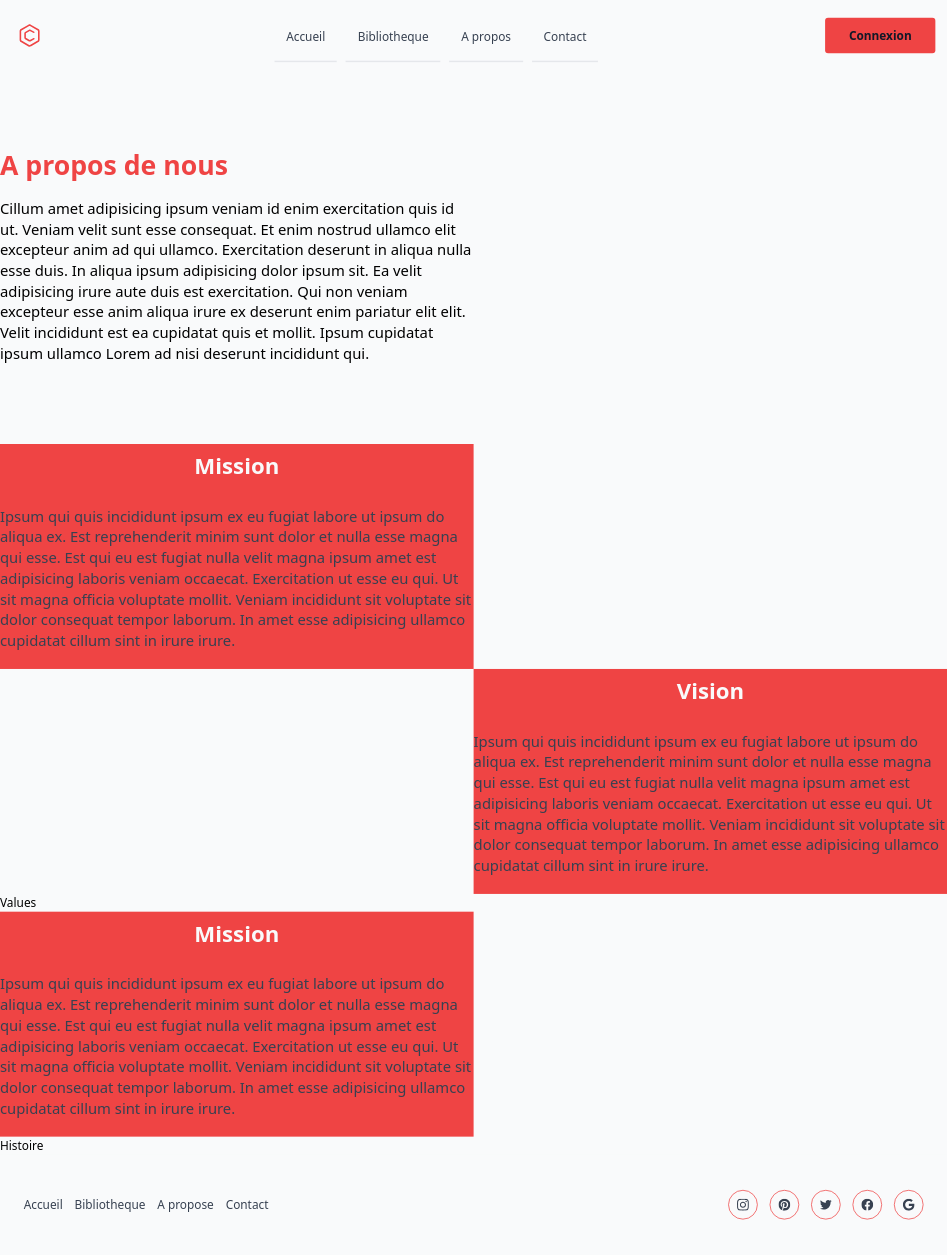
Repository: erulabs243/museum
Page: /about
An editor plug-in stored every save of this project. The page is shown before and after the next save, followed by the edit.
The browser window is 1280 px wide. The pictures show the whole page, at 74% of full size.
The project was rebuilt for these pictures with package versions that can differ from the ones it lists, and the page was loaded fresh each time. Also part of the build but not shown: vite.config.js, src/pages/admin/Home.jsx, src/pages/commons/NotFound.jsx, src/components/atoms/TagBadge.jsx, src/components/atoms/MyAudioPlayer.jsx, src/components/atoms/MyVideoPlayer.jsx, src/components/atoms/MediaCard.jsx, src/components/sections/Testimonial.jsx and 16 more.

Above is the page before, as saved 2022-08-10 14:15:57.

### index.html
<!DOCTYPE html>
<html lang="en">
  <head>
    <meta charset="UTF-8" />
    <link rel="icon" type="image/svg+xml" href="/vite.svg" />
    <link rel="stylesheet" href="src/theme/App.css">
    <meta name="viewport" content="width=device-width, initial-scale=1.0" />
    <title>Museum...</title>
  </head>
  <body class="bg-gray-50">
    <div id="root"></div>
    <script type="module" src="/src/main.jsx"></script>
  </body>
</html>

### src/App.jsx
'use strict';

import {BrowserRouter, Route, Routes} from 'react-router-dom';
import { AdminRoutes, CommonsRoutes, UserRoutes, AuthRoutes } from './routes';

const App = () => {
  return (
      <BrowserRouter>
        <Routes>
          {AuthRoutes.map(route => <Route path={route.path} key={route.path} element={route.element} />)}
          {UserRoutes.map(route => <Route path={route.path} key={route.path} element={route.element} />)}
          {AdminRoutes.map(route => <Route path={route.path} key={route.path} element={route.element} />)}
          {CommonsRoutes.map(route => <Route path={route.path} key={route.path} element={route.element} />)}
        </Routes>
      </BrowserRouter>
  );
};

export default App

### src/routes/index.jsx
'use strict';

import AdminRoutes from "./AdminRoutes";
import CommonsRoutes from "./CommonsRoutes";
import UserRoutes from "./UserRoutes";
import AuthRoutes from "./AuthRoutes";

export {UserRoutes, AdminRoutes, CommonsRoutes, AuthRoutes};

### src/routes/AdminRoutes.jsx
'use strict';

import { Home } from "../pages/admin";

const AdminRoutes = [
    {
        path: '/admin',
        element: <Home />
    }
];

export default AdminRoutes;

### src/routes/CommonsRoutes.jsx
'use strict';

import {NotFound} from '../pages/commons';

const CommonsRoutes = [
    {
        path: '*',
        element: <NotFound />
    }
]

export default CommonsRoutes;

### src/routes/UserRoutes.jsx
'use strict';

import {
    About,
    Contact,
    Gallery,
    Home,
    Library,
    Podcast,
    Story,
    Testimonials,
    Videos
} from '../pages/user';

const UserRoutes = [
    {
        path: '/',
        element: <Home />
    },
    {
        path: '/contact',
        element: <Contact />
    },
    {
        path: '/library',
        element: <Library />
    },
    {
        path: '/stories',
        element: <Testimonials />
    },
    {
        path: '/stories/:slug',
        element: <Story />
    },
    {
        path: '/gallery',
        element: <Gallery />
    },
    {
        path: '/videos',
        element: <Videos />
    },
    {
        path: '/podcast',
        element: <Podcast />
    },
    {
        path: '/about',
        element: <About />
    }
];

export default UserRoutes;

### src/routes/AuthRoutes.jsx
'use strict';

import {Login} from '../pages/auth';

const AuthRoutes = [
    {
        path: '/login',
        element: <Login />
    }
];

export default AuthRoutes;

### src/pages/admin/index.jsx
'use strict';

import Home from './Home';

export {Home};

### src/pages/commons/index.jsx
'use strict';

import NotFound from './NotFound';

export {NotFound};

### src/pages/user/index.jsx
'use strict';

import Blog from './Blog';
import Contact from './Contact';
import Gallery from './Gallery';
import Library from './Library';
import Podcast from './Podcast';
import Testimonials from './Testimonials';
import Videos from './Videos';
import Home from './Home';
import Story from './Story';
import About from './About';

export { Home, Blog, Contact, Gallery, Library, Podcast, Testimonials, Videos, Story, About };

### src/pages/auth/index.jsx
'use strict';

import Login from "./Login";

export {Login};

### src/pages/user/About.jsx
'use strict';

import { Footer, Navbar } from '../../components/sections';

const About = () => {
    return (
        <main>
            <Navbar />

            {/* ABOUT */}
            <section className="py-24 bg-gray-50">
                <div className="flex flex-col w-2/3 mx-auto">
                    <h1 className="font-semibold text-4xl text-red-500 py-3">A propos de nous</h1>
                    <div className="grid grid-cols-2 py-3">
                        <p className="text-xl">
                            Cillum amet adipisicing ipsum veniam id enim exercitation quis id ut.
                            Veniam velit sunt esse consequat. Et enim nostrud ullamco elit excepteur
                            anim ad qui ullamco. Exercitation deserunt in aliqua nulla esse duis. In
                            aliqua ipsum adipisicing dolor ipsum sit. Ea velit adipisicing irure
                            aute duis est exercitation. Qui non veniam excepteur esse anim aliqua
                            irure ex deserunt enim pariatur elit elit. Velit incididunt est ea
                            cupidatat quis et mollit. Ipsum cupidatat ipsum ullamco Lorem ad nisi
                            deserunt incididunt qui.
                        </p>
                    </div>
                </div>
            </section>

            {/* MISSION */}
            <section>
                <div className="grid grid-cols-2">
                    <div className="bg-red-500 text-gray-50 p-24">
                        <h1 className="text-3xl text-center py-3 font-semibold">Mission</h1>
                        <p className="text-xl w-2/3 text-gray-700 mx-auto py-6">
                            Ipsum qui quis incididunt ipsum ex eu fugiat labore ut ipsum do aliqua
                            ex. Est reprehenderit minim sunt dolor et nulla esse magna qui esse. Est
                            qui eu est fugiat nulla velit magna ipsum amet est adipisicing laboris
                            veniam occaecat. Exercitation ut esse eu qui. Ut sit magna officia
                            voluptate mollit. Veniam incididunt sit voluptate sit dolor consequat
                            tempor laborum. In amet esse adipisicing ullamco cupidatat cillum sint
                            in irure irure.
                        </p>
                    </div>
                </div>
            </section>

            {/* VISION */}
            <section>
                <div className="grid grid-cols-2">
                    <div></div>
                    <div className="bg-red-500 text-gray-50 p-24">
                        <h1 className="text-3xl text-center py-3 font-semibold">Vision</h1>
                        <p className="text-xl w-2/3 text-gray-700 mx-auto py-6">
                            Ipsum qui quis incididunt ipsum ex eu fugiat labore ut ipsum do aliqua
                            ex. Est reprehenderit minim sunt dolor et nulla esse magna qui esse. Est
                            qui eu est fugiat nulla velit magna ipsum amet est adipisicing laboris
                            veniam occaecat. Exercitation ut esse eu qui. Ut sit magna officia
                            voluptate mollit. Veniam incididunt sit voluptate sit dolor consequat
                            tempor laborum. In amet esse adipisicing ullamco cupidatat cillum sint
                            in irure irure.
                        </p>
                    </div>
                </div>
            </section>

            {/* VALUES */}
            <h1>Values</h1>
            <section>
                <div className="grid grid-cols-2">
                    <div className="bg-red-500 text-gray-50 p-24">
                        <h1 className="text-3xl text-center py-3 font-semibold">Mission</h1>
                        <p className="text-xl w-2/3 text-gray-700 mx-auto py-6">
                            Ipsum qui quis incididunt ipsum ex eu fugiat labore ut ipsum do aliqua
                            ex. Est reprehenderit minim sunt dolor et nulla esse magna qui esse. Est
                            qui eu est fugiat nulla velit magna ipsum amet est adipisicing laboris
                            veniam occaecat. Exercitation ut esse eu qui. Ut sit magna officia
                            voluptate mollit. Veniam incididunt sit voluptate sit dolor consequat
                            tempor laborum. In amet esse adipisicing ullamco cupidatat cillum sint
                            in irure irure.
                        </p>
                    </div>
                </div>
            </section>

            {/* STORY */}
            <h1>Histoire</h1>
            <Footer />
        </main>
    );
};

export default About;

### src/components/sections/index.jsx
'use strict';

import Navbar from './Navbar';
import Footer from './Footer';
import Testimonial from './Testimonial';
import LibraryHeader from './LibraryHeader';
import Pagination from './Pagination';
import Article from './Article';
import Image from './Image';
import Modal from './Modal';

export { Navbar, Footer, Testimonial, LibraryHeader, Pagination, Article, Image, Modal };

### src/components/atoms/index.jsx
'use strict';

import NavLink from './headers/NavLink';
import Button from './headers/Button';
import TagBadge from './TagBadge';
import MyAudioPlayer from './MyAudioPlayer';
import MyVideoPlayer from './MyVideoPlayer';
import MediaCard from './MediaCard';

export { Button, NavLink, TagBadge, MyAudioPlayer, MyVideoPlayer, MediaCard };

### src/components/sections/Navbar.jsx
'use strict';

import { Button, NavLink } from '../atoms';

const setActiveMenu = (menu) => {
    const urlHref = window.location.href;
    let url = urlHref;
    url = url.substring(url.lastIndexOf('/') + 1);
    if (
        urlHref.includes('stories') ||
        urlHref.includes('videos') ||
        urlHref.includes('podcast') ||
        urlHref.includes('gallery')
    )
        url = 'library';

    return menu == 'home' && url == '' ? true : url.includes(menu);
};

const Navbar = () => {
    return (
        <header className="p-4 sticky top-0 bg-gray-50 text-gray-700">
            <div className="container flex justify-between h-16 mx-auto">
                <a
                    rel="noopener noreferrer"
                    href="#"
                    aria-label="Back to homepage"
                    className="flex items-center p-2">
                    <svg
                        xmlns="http://www.w3.org/2000/svg"
                        fill="currentColor"
                        viewBox="0 0 32 32"
                        className="w-8 h-8 text-red-500">
                        <path d="M27.912 7.289l-10.324-5.961c-0.455-0.268-1.002-0.425-1.588-0.425s-1.133 0.158-1.604 0.433l0.015-0.008-10.324 5.961c-0.955 0.561-1.586 1.582-1.588 2.75v11.922c0.002 1.168 0.635 2.189 1.574 2.742l0.016 0.008 10.322 5.961c0.455 0.267 1.004 0.425 1.59 0.425 0.584 0 1.131-0.158 1.602-0.433l-0.014 0.008 10.322-5.961c0.955-0.561 1.586-1.582 1.588-2.75v-11.922c-0.002-1.168-0.633-2.189-1.573-2.742zM27.383 21.961c0 0.389-0.211 0.73-0.526 0.914l-0.004 0.002-10.324 5.961c-0.152 0.088-0.334 0.142-0.53 0.142s-0.377-0.053-0.535-0.145l0.005 0.002-10.324-5.961c-0.319-0.186-0.529-0.527-0.529-0.916v-11.922c0-0.389 0.211-0.73 0.526-0.914l0.004-0.002 10.324-5.961c0.152-0.090 0.334-0.143 0.53-0.143s0.377 0.053 0.535 0.144l-0.006-0.002 10.324 5.961c0.319 0.185 0.529 0.527 0.529 0.916z"></path>
                        <path d="M22.094 19.451h-0.758c-0.188 0-0.363 0.049-0.515 0.135l0.006-0.004-4.574 2.512-5.282-3.049v-6.082l5.282-3.051 4.576 2.504c0.146 0.082 0.323 0.131 0.508 0.131h0.758c0.293 0 0.529-0.239 0.529-0.531v-0.716c0-0.2-0.11-0.373-0.271-0.463l-0.004-0.002-5.078-2.777c-0.293-0.164-0.645-0.26-1.015-0.26-0.39 0-0.756 0.106-1.070 0.289l0.010-0.006-5.281 3.049c-0.636 0.375-1.056 1.055-1.059 1.834v6.082c0 0.779 0.422 1.461 1.049 1.828l0.009 0.006 5.281 3.049c0.305 0.178 0.67 0.284 1.061 0.284 0.373 0 0.723-0.098 1.027-0.265l-0.012 0.006 5.080-2.787c0.166-0.091 0.276-0.265 0.276-0.465v-0.716c0-0.293-0.238-0.529-0.529-0.529z"></path>
                    </svg>
                </a>
                <ul className="items-stretch hidden space-x-3 lg:flex">
                    <li className="flex">
                        <NavLink
                            link={{ name: 'Accueil', path: '', active: setActiveMenu('home') }}
                        />
                    </li>
                    <li className="flex">
                        <NavLink
                            link={{
                                name: 'Bibliotheque',
                                path: 'stories',
                                active: setActiveMenu('library')
                            }}
                        />
                    </li>
                    <li className="flex">
                        <NavLink
                            link={{
                                name: 'A propos',
                                path: 'about',
                                active: setActiveMenu('about')
                            }}
                        />
                    </li>
                    <li className="flex">
                        <NavLink
                            link={{
                                name: 'Contact',
                                path: 'contact',
                                active: setActiveMenu('contact')
                            }}
                        />
                    </li>
                </ul>
                <div className="items-center flex-shrink-0 hidden lg:flex">
                    {/* <button className="self-center px-8 py-3 rounded">Sign in</button> */}
                    <Button link={{ name: 'Connexion' }} />
                </div>
                <button className="p-4 lg:hidden">
                    <svg
                        xmlns="http://www.w3.org/2000/svg"
                        fill="none"
                        viewBox="0 0 24 24"
                        stroke="currentColor"
                        className="w-6 h-6 text-gray-100">
                        <path
                            strokeLinecap="round"
                            strokeLinejoin="round"
                            strokeWidth="2"
                            d="M4 6h16M4 12h16M4 18h16"></path>
                    </svg>
                </button>
            </div>
        </header>
    );
};

export default Navbar;

### src/components/atoms/headers/NavLink.jsx
'use strict';

import { Link } from 'react-router-dom';

const NavLink = ({ link = {} }) => {
  return (
    <Link
      rel="noopener noreferrer"
      to={`/${link.path}`}
      className={
        link.active
          ? 'flex items-center px-4 -mb-1 border-b-2 dark:border-transparent dark:text-red-500 dark:border-red-500'
          : 'flex items-center px-4 -mb-1 border-b-2 dark:border-transparent'
      }>
      {link.name}
    </Link>
  );
};

export default NavLink;

### src/components/atoms/headers/Button.jsx
'use strict';

const Button = ({ link = {} }) => {
  return (
    <button className="self-center px-8 py-3 font-semibold rounded bg-red-500 text-gray-900">
      {link.name}
    </button>
  );
};

export default Button;

Loaded but not shown: src/main.jsx (common file); src/theme/App.css (2450 lines, source omitted); src/components/sections/Footer.jsx (105 lines, source omitted)

After the next save:
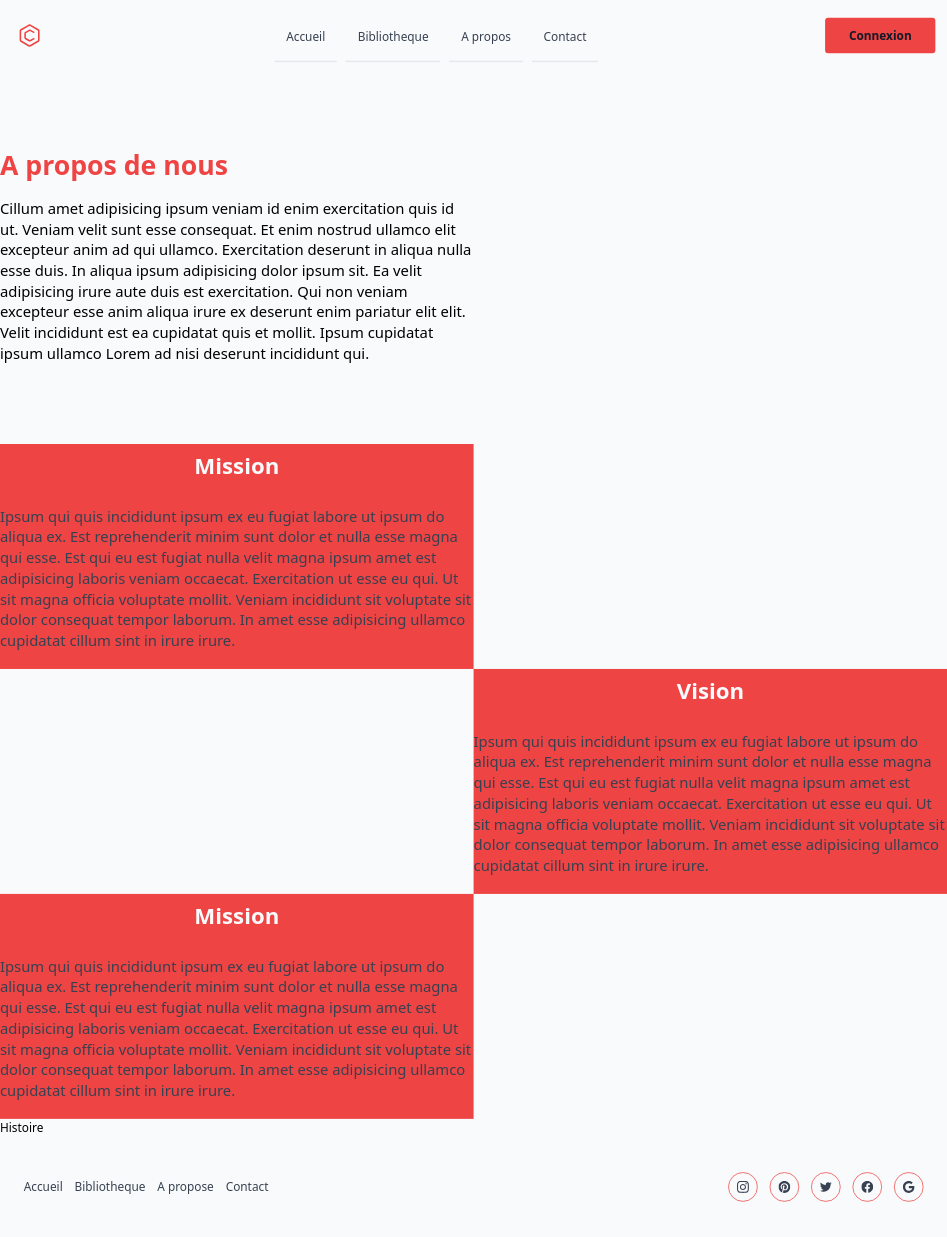
Saved 9 s later.
--- a/src/pages/user/About.jsx
+++ b/src/pages/user/About.jsx
@@ -64,7 +64,6 @@ const About = () => {
             </section>
 
             {/* VALUES */}
-            <h1>Values</h1>
             <section>
                 <div className="grid grid-cols-2">
                     <div className="bg-red-500 text-gray-50 p-24">
